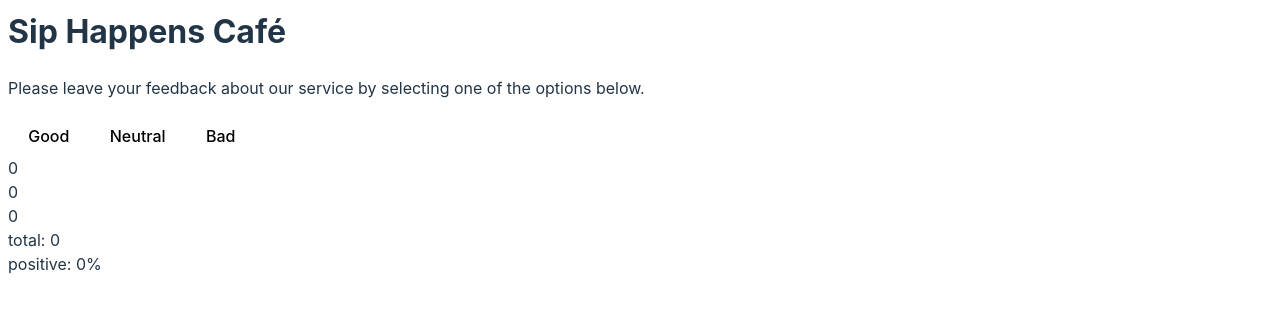
Repository: Evgeniya-Tishakova/goit-react-hw-02
Page: /
An editor plug-in stored every save of this project. The page is shown before and after the next save, followed by the edit.
The browser window is 1280 px wide. The pictures show the whole page.
The project was rebuilt for these pictures with package versions that can differ from the ones it lists, and the page was loaded fresh each time. Also part of the build but not shown: vite.config.js, src/components/Feedback/Feedback.module.css, src/components/Options/Options.module.css.

Above is the page before, as saved 2025-02-27 22:29:17.

### src/index.css
body {
  font-family: Inter, sans-serif;
  line-height: 1.5;
  font-weight: 400;
}

h1,
h2,
p {
  margin: 0;
}

ul,
ol {
  margin: 0;
  padding: 0;
}

img {
  display: block;
  max-width: 100%;
}

button {
  border-radius: 8px;
  border: 1px solid transparent;
  padding: 0.6em 1.2em;
  font-size: 1em;
  font-weight: 500;
  font-family: inherit;
  background-color: #fff;
  cursor: pointer;
  transition: border-color 0.25s;
}

button:hover {
  border-color: #646cff;
}

button:focus,
button:focus-visible {
  outline: 4px auto -webkit-focus-ring-color;
}

@media (prefers-color-scheme: light) {
  :root {
    color: #213547;
    background-color: #ffffff;
  }

  a:hover {
    color: #747bff;
  }

  button {
    /* background-color: #f9f9f9; */
  }
}

### src/components/App/App.jsx
import Feedback from "../Feedback/Feedback.jsx";
import Options from "../Options/Options.jsx";
import Description from "../Description/Description.jsx";
import { useState } from "react";

export default function App() {
  const [rewiewType, setRewiewType] = useState({
    good: 0,
    neutral: 0,
    bad: 0,
  });

  const updateFeedback = (key) => {
    setRewiewType({
      ...rewiewType,
      [key]: rewiewType[key] + 1,
    });
  };

  return (
    <>
      <Description />
      <Options updateFeedback={updateFeedback} />
      <Feedback rewiewType={rewiewType} />
    </>
  );
}

### src/components/Feedback/Feedback.jsx
import css from "./Feedback.module.css";

export default function Feedback({ rewiewType: { good, neutral, bad } }) {
  const total = good + neutral + bad;
  return (
    <div>
      <p className={css.descr}>{good}</p>
      <p className={css.descr}>{neutral}</p>
      <p className={css.descr}>{bad}</p>
      <p className={css.descr}>total: {total}</p>
      <p className={css.descr}>
        positive: {((good + neutral) / (total ? total : 1)) * 100}%
      </p>
    </div>
  );
}

### src/components/Options/Options.jsx
import css from "./Options.module.css";

export default function Options({ updateFeedback }) {
  return (
    <div>
      <ul className={css.list}></ul>
      {}
      <button className={css.button} onClick={() => updateFeedback("good")}>
        Good
      </button>
      <button className={css.button} onClick={() => updateFeedback("neutral")}>
        Neutral
      </button>
      <button className={css.button} onClick={() => updateFeedback("bad")}>
        Bad
      </button>
    </div>
  );
}

### src/components/Description/Description.jsx
import css from "./Description.module.css";

export default function Description() {
  return (
    <div>
      <h1 className={css.title}>Sip Happens Café</h1>
      <p className={css.descr}>
        Please leave your feedback about our service by selecting one of the
        options below.
      </p>
    </div>
  );
}

### src/components/Description/Description.module.css
.title {
    margin-bottom: 20px;
}

.descr {
    margin-bottom: 15px;
}

Loaded but not shown: index.html (common file); src/main.jsx (common file)

After the next save:
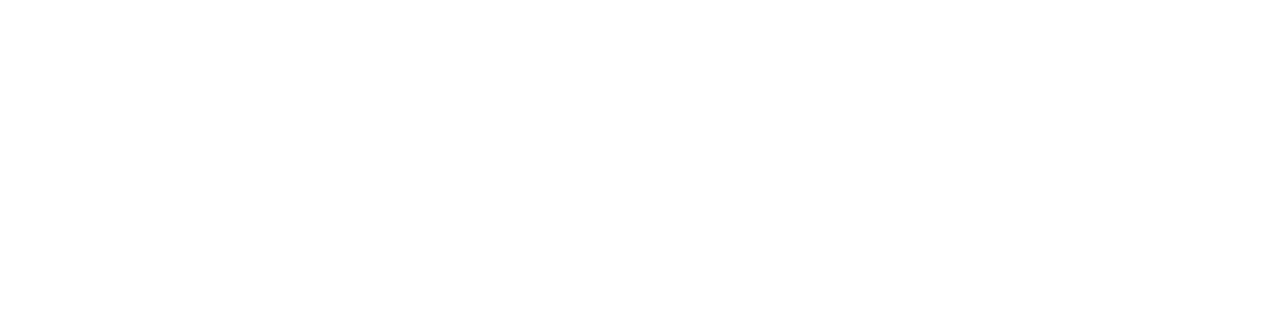
Console error: ReferenceError: total is not defined
Saved 110 s later.
--- a/src/components/Feedback/Feedback.jsx
+++ b/src/components/Feedback/Feedback.jsx
@@ -1,7 +1,7 @@
 import css from "./Feedback.module.css";
 
 export default function Feedback({ rewiewType: { good, neutral, bad } }) {
-  const total = good + neutral + bad;
+  const totalFeedback = good + neutral + bad;
   return (
     <div>
       <p className={css.descr}>{good}</p>

After the save that followed:
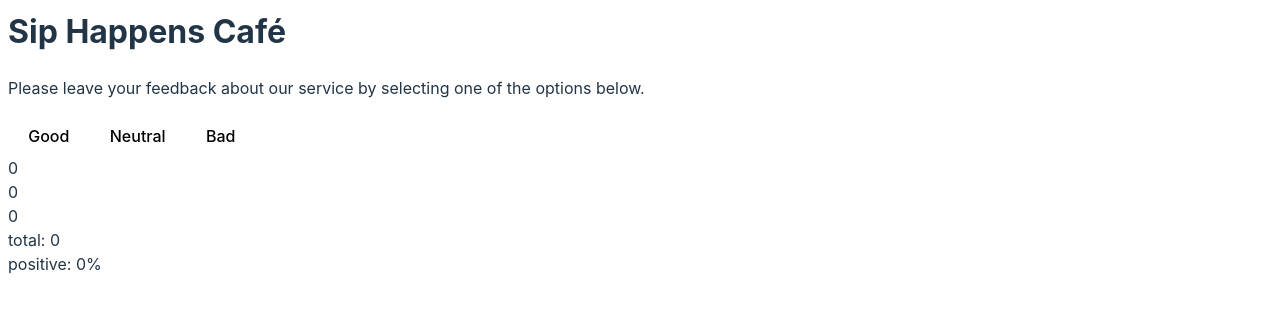
The error is gone.
Saved 23 s later.
--- a/src/components/Feedback/Feedback.jsx
+++ b/src/components/Feedback/Feedback.jsx
@@ -7,9 +7,10 @@ export default function Feedback({ rewiewType: { good, neutral, bad } }) {
       <p className={css.descr}>{good}</p>
       <p className={css.descr}>{neutral}</p>
       <p className={css.descr}>{bad}</p>
-      <p className={css.descr}>total: {total}</p>
+      <p className={css.descr}>total: {totalFeedback}</p>
       <p className={css.descr}>
-        positive: {((good + neutral) / (total ? total : 1)) * 100}%
+        positive:{" "}
+        {((good + neutral) / (totalFeedback ? totalFeedback : 1)) * 100}%
       </p>
     </div>
   );
